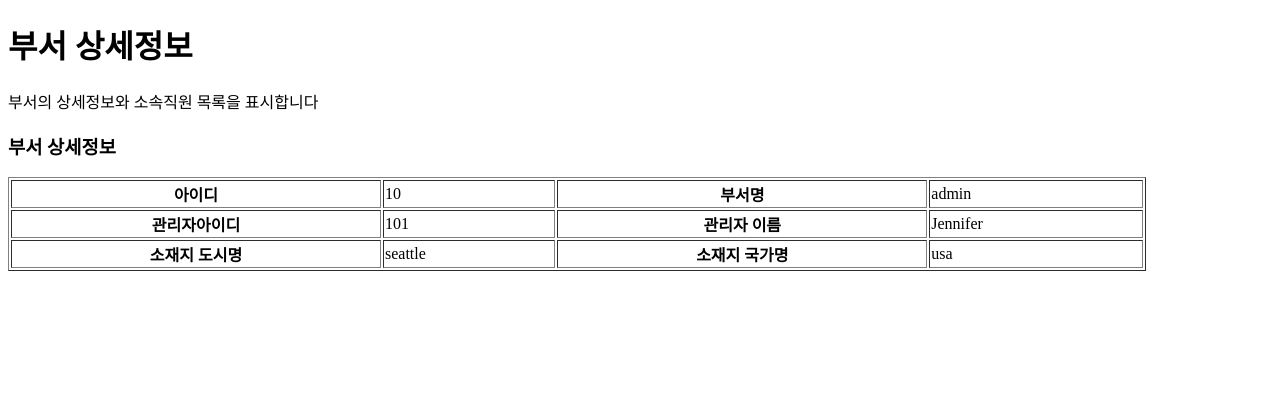
Repository: qwer1227/Jsp_study
Page: http://localhost/hr/dept/detail.jsp
These files come from the project's save history. The page is drawn as it stood at one moment and after the next save; the edit follows.
The browser window is 1280 px wide. The pictures show the whole page.
The page is served by Tomcat 9. Other server files are loaded and not shown.

Above is the page before, as saved 2024-08-07 02:11:03.

### hr/src/main/webapp/dept/detail.jsp
<%@ page language="java" contentType="text/html; charset=UTF-8"
    pageEncoding="UTF-8"%>
<!DOCTYPE html>
<html>
<head>
<meta charset="UTF-8">
<title>Insert title here</title>
</head>
<body>
<h1>부서 상세정보</h1>
<p>부서의 상세정보와 소속직원 목록을 표시합니다</p>

<!--
	요청 URL
		http://localhost/hr/dept/detail.jsp?id=xxx
	요청 URI
		/hr/dept/detail.jsp
	쿼리스트링
		id=xxx

	요청파라미터 정보
	name	value
	id		xxx
 -->

<%
	String value = request.getParameter("id");
%>

	<h3>부서 상세정보</h3>
	<table border="1"style="width: 90%">
		<tbody>
			<tr>
				<th>아이디</th>
				<td>10</td>
				<th>부서명</th>
				<td>admin</td>
			</tr>
			<tr>
				<th>관리자아이디</th>
				<td>101</td>
				<th>관리자 이름</th>
				<td>Jennifer</td>
			</tr>
			<tr>
				<th>소재지 도시명</th>
				<td>seattle</td>
				<th>소재지 국가명</th>
				<td>usa</td>
			</tr>
		</tbody>
	</table>
</body>
</html>

After the next save:
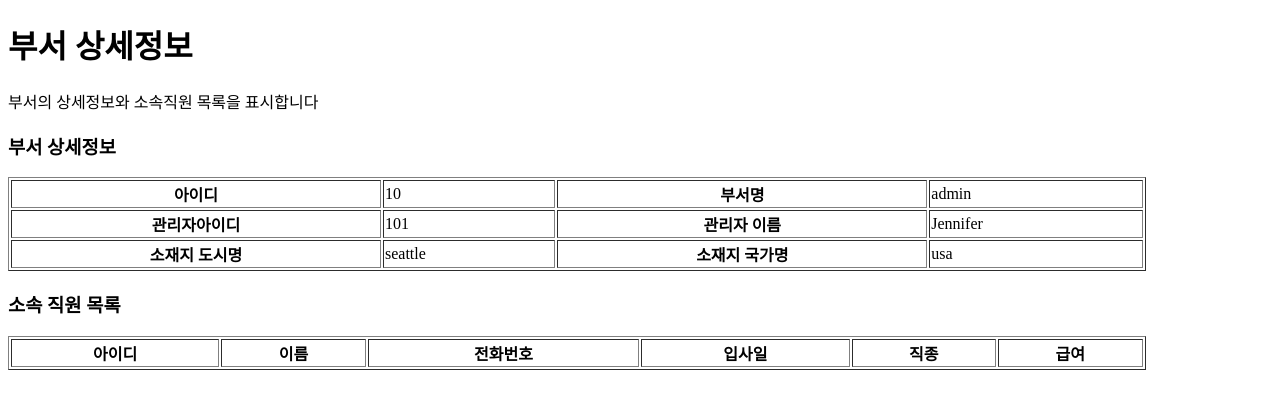
Saved 71 s later.
--- a/hr/src/main/webapp/dept/detail.jsp
+++ b/hr/src/main/webapp/dept/detail.jsp
@@ -50,5 +50,19 @@
 			</tr>
 		</tbody>
 	</table>
+
+	<h3>소속 직원 목록</h3>
+	<table border="1" style="width:90%">
+		<thead>
+			<tr>
+				<th>아이디</th>
+				<th>이름</th>
+				<th>전화번호</th>
+				<th>입사일</th>
+				<th>직종</th>
+				<th>급여</th>
+			</tr>
+		</thead>
+	</table>
 </body>
 </html>
